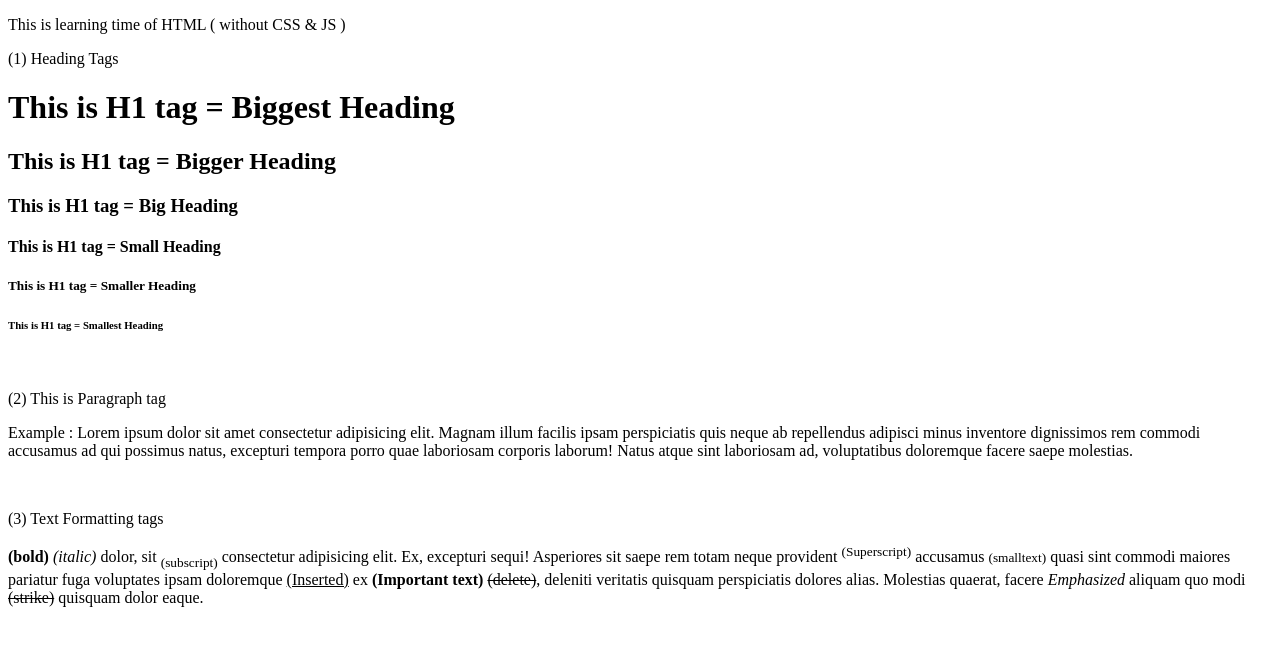
Repository: diptods/Frontend-in-60-DAYS
Page: Day01/learning/learn.html
The author's editor kept a copy of each file at every save. The page is drawn from the files as they stood at one save, then again after the next save.
The browser window is 1280 px wide. The pictures show the whole page.

Above is the page before, as saved 2026-05-28 11:53:39.

After the next save:
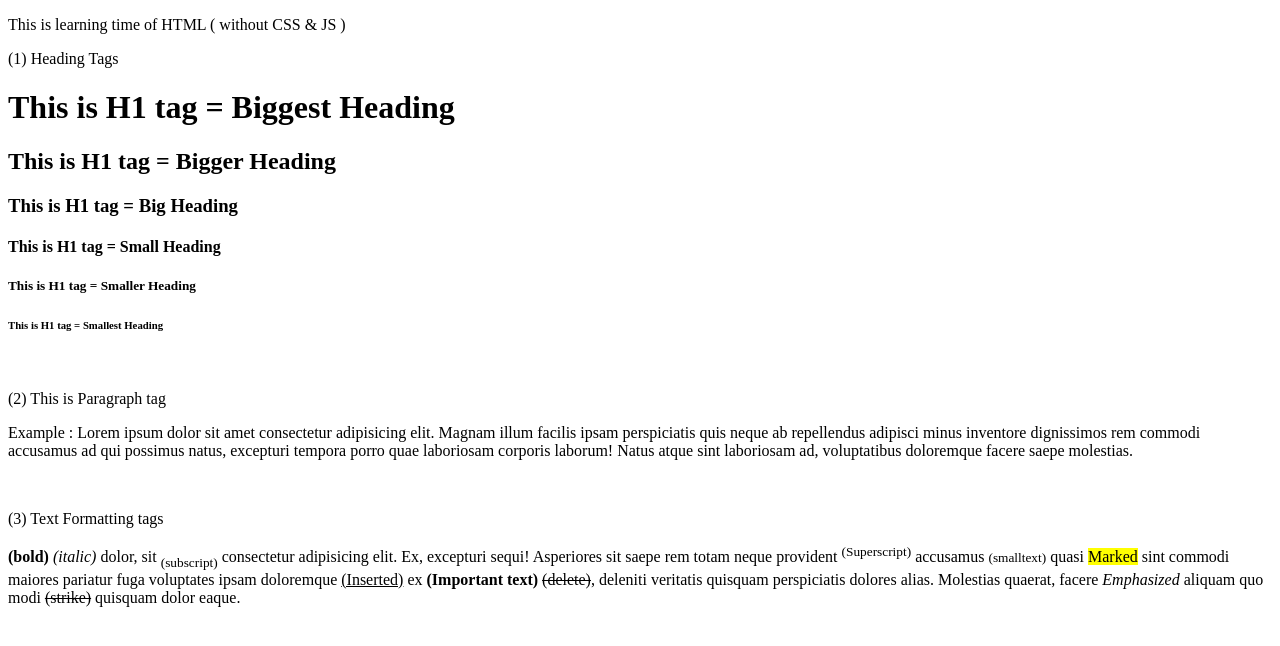
Saved 23 s later.
--- a/Day01/learning/learn.html
+++ b/Day01/learning/learn.html
@@ -25,7 +25,7 @@
     <br>
     <p>(3) Text Formatting tags</p>
     <p><b>(bold)</b> <i>(italic)</i> dolor, sit <sub>(subscript)</sub> consectetur adipisicing elit. Ex, excepturi sequi! Asperiores sit saepe rem totam
-        neque provident <sup>(Superscript)</sup> accusamus <small>(smalltext)</small> quasi sint commodi maiores pariatur fuga voluptates ipsam doloremque
+        neque provident <sup>(Superscript)</sup> accusamus <small>(smalltext)</small> quasi <mark>Marked</mark> sint commodi maiores pariatur fuga voluptates ipsam doloremque
         <ins>(Inserted)</ins> ex <strong>(Important text)</strong> <del>(delete)</del>, deleniti veritatis quisquam perspiciatis dolores alias. Molestias quaerat, facere
         <em>Emphasized</em> aliquam quo modi <strike>(strike)</strike> quisquam dolor eaque.</p>
 </body>
